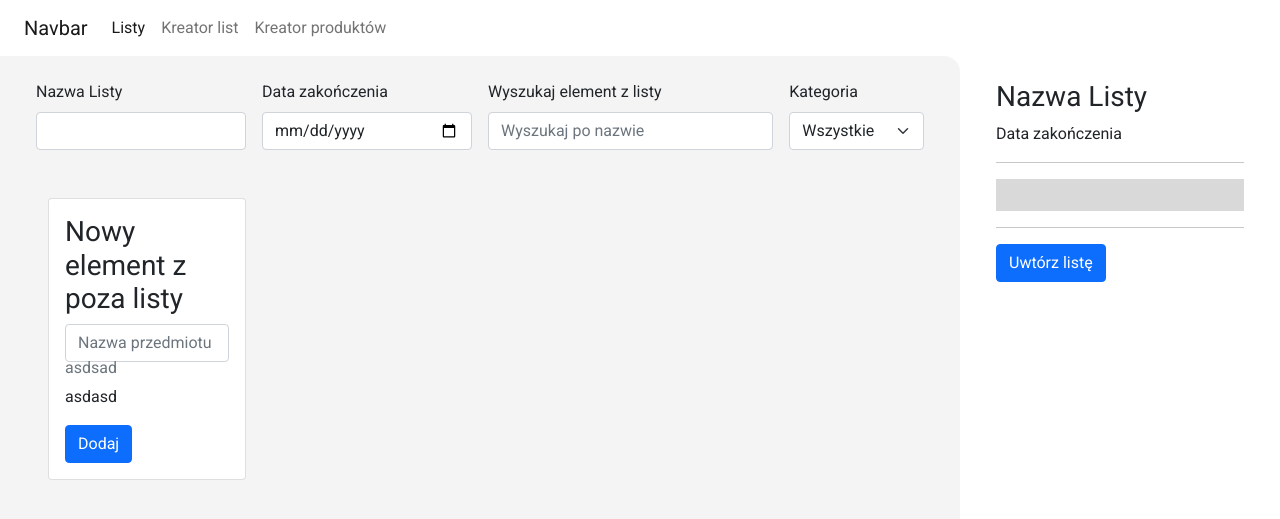
Repository: alphatra/Task-menager
Page: http://localhost/php/src/views/createList.php
These files come from the project's save history. The page is drawn as it stood at one moment and after the next save; the edit follows.
The browser window is 1280 px wide. The pictures show the whole page.
The page is run by PHP 8.4 with error messages shown; the project is at /var/www/html/. Queries for data that is not in the repository find no rows.

Above is the page before, as saved 2023-02-09 21:38:49.

### php/src/views/createList.php
<!DOCTYPE html>
<html lang="en">
<head>
    <meta charset="UTF-8">
    <meta http-equiv="X-UA-Compatible" content="IE=edge">
    <meta name="viewport" content="width=device-width, initial-scale=1.0">
    <title>Document</title>
    <script src="https://ajax.googleapis.com/ajax/libs/jquery/3.6.1/jquery.min.js"></script>
    <link href="https://cdn.jsdelivr.net/npm/bootstrap@5.0.2/dist/css/bootstrap.min.css" rel="stylesheet" integrity="sha384-EVSTQN3/azprG1Anm3QDgpJLIm9Nao0Yz1ztcQTwFspd3yD65VohhpuuCOmLASjC" crossorigin="anonymous">
    <script src="https://cdn.jsdelivr.net/npm/@popperjs/core@2.9.2/dist/umd/popper.min.js" integrity="sha384-IQsoLXl5PILFhosVNubq5LC7Qb9DXgDA9i+tQ8Zj3iwWAwPtgFTxbJ8NT4GN1R8p" crossorigin="anonymous"></script>
    <script src="https://cdn.jsdelivr.net/npm/bootstrap@5.0.2/dist/js/bootstrap.min.js" integrity="sha384-cVKIPhGWiC2Al4u+LWgxfKTRIcfu0JTxR+EQDz/bgldoEyl4H0zUF0QKbrJ0EcQF" crossorigin="anonymous"></script>
    <script>
        const catergories = {
            1: 'Elektronika',
            2: 'Meble',
            3: 'Kosmetyki',
            4: 'Jedzenie',
            5: 'Ubrania',
            6: 'Zabawki',
            7: 'Sport',
            8: 'Książki',
            9: 'Narzędzia',
            10: 'RTV'
        }
        console.log(catergories);
        $(document).ready(function() {
            let _dataItems = [];
            let private_item = $(`<div class="col-xl-3 col-lg-4 col-md-6 col-12 mb-4">
                        <div class="card">
                            <div class="card-body">
                                <h3 class="card-title">Nowy element z poza listy</h3>
                                <input type="text" class="form-control" id="priv_item" placeholder="Nazwa przedmiotu">
                                <h6 class="card-subtitle mb-2 text-muted">asdsad</h6>
                                <p class="card-text">asdasd</p>
                                <input class="btn btn-primary" id="add_tolist" type="button" value="Dodaj">
                            </div>
                        </div>
                    </div>`);
    let loadData = (param,_category) => {
        $.ajax({
            url: '../controller.php',
            dataType: 'json',
            method: 'POST',
            data:{tablename:"products", search: param, category:_category},
            beforeSend: function() {
                $("#loading-image").show();
             },
            success: function(data) {
                console.log(data);
                let content = $('#objects').empty()
                content.append(private_item)
                let dataItems = JSON.parse(JSON.stringify(data))
                _dataItems = data
                dataItems = dataItems.map((item) => {
                    return $(`
                    <div class="col-lg-3 col-md-5 col-sm-5 mb-4">
      <div class="card">
        <div class="card-header img-atas" style="background-image: url('https://picsum.photos/300/100'); background-position: 50% 10%;">
        </div>
        <div class="card-body">
          <div class="row">
            <h5>${item.product_name}</h5>
          </div>
          <div class="row">
            <h6 class="text-secondary">${catergories[item.category_id]}</h6>
          </div>
          <div class="row">
            <div class="d-flex justify-content-between">
              <p class="text-primary">${item.product_description.substring(0, 29)}</p>
              <p class="text-warning">
		<input class="btn btn-primary" id="add_tolist" type="button" value="Dodaj" name="${item.id_product}">
		</p>
            </div>
          </div>
        </div>
      </div>
    </div>
                    `)
                })
                content.append(dataItems)

            },
            error: function (jqXHR, exception){
                console.log(jqXHR, exception);

            }
        })

    }
    let createList_Ajax = (param) =>{
        $.ajax({
            url: '../controller_1.php',
            method: 'POST',
            data:{data: param},
            cache: false,
            success: function(data) {
                console.log(data);
            },
            error: function (xhr, status, error){
                console.log(status);

            }
        })
    }
    let createListItems_Ajax = (param) =>{
        $.ajax({
            url: '../controller_1.php',
            method: 'POST',
            data:{data: param},
            cache: false,
            success: function(data) {
                console.log(data);
            },
            error: function (xhr, status, error){
                console.log(status);

            }
        })
    }

    loadData()

    $("#searchItem, select").on("keyup change", function() {
        let inputVal = $("#searchItem").val();
        let selectVal = $("select").val();
        if (inputVal.length > 0 || selectVal > 0) {
            inputVal = inputVal.length == 0 ? '' : inputVal;
            selectVal = selectVal == 0 ? '' : selectVal;
            loadData(inputVal, selectVal);
        } else {
            loadData();
        }
    });


    let products = {product_id:[],product_title:[],qty:[]};
    let list = {
            list_name: '',
            end_date: '',
            products: [products]
        };

    let add_products = (id, title, quantity) => {
        if (!checkIfExists(id)) {
            products.product_id.push(id);
            products.product_title.push(title);
            products.qty.push(quantity);
        }
    }

    let checkIfExists = (id) => {
        for (let i = 0; i < products.product_id.length; i++) {
            if (products.product_id[i] === id) {
                return true;
            }
        }
        return false;
    }

    let searchedProduct = (_id) =>{
        let found =  _dataItems.find(e => e.id_product == _id)
        return found.product_name
    }

    let generateContent = (_item,_qty) => {
        let content = $('#list_elements')
        content.empty()
        console.log(_qty);
        let listItems = _item.map((item) => { return $(`<h5>${searchedProduct(+item)}</h5><input type="number" id="qty" value="1">`)})
        content.append(listItems)
    }

    let crateList = () => {
        if(list.list_name != '' || list.end_date != '' || products.product_id.length != 0){
            console.log(list);
            createList_Ajax(list)
        }
    }
    $(document).on("click", "#add_tolist", function() {
        //console.log(list);
        //console.log(+this.name);
        //console.log(searchedProduct(+this.name));
        var myModal = new bootstrap.Modal(document.getElementById("exampleModal"))
        if(list.list_name == '' || list.end_date == ''){
            myModal.show()
            $(document).on("click", ".btn-secondary", function() {
                myModal.hide()
            })
            if (list.list_name == '') {
                $("#listName").addClass("is-invalid")
            }else{
                $("#listName").removeClass("is-invalid")
            }
            if (list.end_date == '') {
                $("#endDate").addClass("is-invalid")
            }else{
                $("#endDate").removeClass("is-invalid")
            }
            //console.log("Nie",list)
        }else{
            add_products(this.name, searchedProduct(+this.name), 1);
            generateContent(list.products['product_id'],list.products['qty'])
            $("#listName, #endDate").removeClass("is-invalid")
            //console.log("Tak",list);
        }
    });
    $(document).on("click", "#crateList_button", function() {
        console.log(crateList());
    });
    $("#listName, #endDate").on("keyup change",function(){
        list = {
            list_name: $("#listName").val(),
            end_date: $("#endDate").val(),
            products: products
        }
        $("#list_name").text($("#listName").val());
        $("#end_date").text($("#endDate").val());
    });
})

    </script>
    <link rel="stylesheet" href="../assets/style.css">
</head>
<body>
    <!-- Modal -->
    <div class="modal fade" id="exampleModal" tabindex="-1" role="dialog" aria-labelledby="exampleModalLabel" aria-hidden="true">
        <div class="modal-dialog">
            <div class="modal-content">
                <div class="modal-header">
                    <h5 class="modal-title" id="exampleModalLabel">Uwaga!</h5>
                    <button type="button" class="btn-close" data-dismiss="modal" aria-label="Zamknij"></button>
                </div>
                <div class="modal-body">
                    Nie wypełniłeś wszystkich pól!
                </div>
                <div class="modal-footer">
                    <button type="button" class="btn btn-secondary" data-dismiss="modal">Zamknij</button>
                </div>
            </div>
        </div>
    </div>

    <div class="container-fluid">
        <nav class="navbar navbar-expand-lg navbar-light ">
            <div class="container-fluid">
                <a class="navbar-brand" href="#">Navbar</a>
                <button class="navbar-toggler" type="button" data-bs-toggle="collapse" data-bs-target="#navbarNav" aria-controls="navbarNav" aria-expanded="false" aria-label="Toggle navigation">
                    <span class="navbar-toggler-icon"></span>
                </button>
                <div class="collapse navbar-collapse" id="navbarNav">
                    <ul class="navbar-nav">
                        <li class="nav-item">
                            <a class="nav-link active" href="/">Listy</a>
                        </li>
                        <li class="nav-item">
                            <a class="nav-link" aria-current="page" href="views/createList.php">Kreator list</a>
                        </li>
                        <li class="nav-item">
                            <a class="nav-link" href="views/createProduct.php">Kreator produktów</a>
                        </li>
                    </ul>
                </div>
            </div>
        </nav>
        <div class="row">
            <div class="col-lg-9" style="background-color: #F4F4F4; border-top-right-radius: 1rem">
                <div class="container py-4 px-4">
                <form class="row g-3 needs-validation" novalidate>
                    <div id="listName_" class="col-md-3">
                        <label for="listName" class="form-label">Nazwa Listy</label>
                        <input type="text" class="form-control" id="listName" required>
                        <div class="invalid-feedback">
                            Podaj nazwę listy!
                        </div>
                    </div>
                    <div id="endDate_" class="col-md-3">
                        <label for="endDate" class="form-label">Data zakończenia</label>
                        <input type="date" class="form-control" id="endDate" required>
                        <div class="invalid-feedback">
                            Podaj nazwę listy!
                        </div>
                    </div>
                    <div id="searchItem_" class="col-md-4">
                        <label for="searchItem" class="form-label">Wyszukaj element z listy</label>
                        <input type="search" class="form-control" id="searchItem" aria-label="Search" placeholder="Wyszukaj po nazwie">
                    </div>
                    <div class="col-md-2">
                        <label for="inputState" class="form-label">Kategoria</label>
                        <select id="inputState" class="form-select">
                            <option selected value="0">Wszystkie</option>
                            <option value="1">Elektronika</option>
                            <option value="2">Meble</option>
                            <option value="3">Kosmetyki</option>
                            <option value="4">Jedzenie</option>
                            <option value="5">Ubrania</option>
                            <option value="6">Zabawki</option>
                            <option value="7">Sport</option>
                            <option value="8">Ksiązki</option>
                            <option value="9">Narzędzia</option>
                            <option value="10">RTV</option>
                        </select>
                    </div>
                </form>
                <div id="objects" class="row m-0 mt-5"></div>
                </div>
            </div>
            <div class="col-lg-3">
                <div class="container pt-4">
                <h3 id="list_name">Nazwa Listy</h3>
                <span id="end_date">Data zakończenia</span>
                <hr class="hr1" />
                <div id="list_elements" class="px-3 py-3" style="background-color:#D9D9D9"></div>
                <hr class="hr1" />
                <button type="submit" id="crateList_button" class="btn btn-primary">Uwtórz listę</button>
                </div>
            </div>
        </div>
    </div>
</body>
</html>

### php/src/controller.php
<?php
session_start();
require_once('./model/CRUD.php');


$db = new db();
$_tablename = $_POST['tablename'];
if(isset($_POST['search'])){
    $search = $_POST['search'];
    $result = $db->searchData($_tablename,$search,'');
    if(isset($_POST['category'])){
        $_category = $_POST['category'];
        $result = $db->searchData($_tablename,$search,$_category);
    }
    echo $result;
}else{
    echo $db->getData($_tablename);
}
?>

### php/src/model/CRUD.php
<?php
class db{
    private $conn;
    public $servername;
    public $username;
    public $password;
    public $database;
    public $tablename;

    public function __construct($host="db", $database="mydb",
                                $username="root", $password="root"){
        $this->host = $host;
        $this->database = $database;
        $this->username = $username;
        $this->password = $password;

        try {
            // Tworzenie połączenia
            $this->conn = new mysqli($host, $username, $password, $database);
        } catch (Exception $e) {
            // Sprawdzanie połączenia
            die("Connection failed: " . mysqli_connect_error());

        }

        return $this->conn;
    }

    // Wyświetlanie list z bazy danych
    public function getData($tablename){
        $this->tablename = $tablename;
        $query = "SELECT * FROM $this->tablename";
        $result = mysqli_query($this->conn, $query);
        $result = mysqli_fetch_all($result, MYSQLI_ASSOC);

        return json_encode($result);
    }

    // Wyświetlanie list z bazy danych wraz z wyszukiwaniem
    public function searchData($tablename, $search, $category){
        $this->tablename = $tablename;
        $this->search = $search;
        $this->category = $category;
        if($tablename == 'products'){
            $query = "SELECT * FROM $this->tablename WHERE product_name LIKE '$this->search%'";
            if($category != ''){
                $query .= " AND category_id = $this->category";
            }
        }else{
            $query = "SELECT * FROM $this->tablename WHERE name LIKE '$this->search%'";
            if($category != ''){
                $query .= " AND category_id = $this->category";
            }
        }
        $result = mysqli_query($this->conn, $query);
        $result = mysqli_fetch_all($result, MYSQLI_ASSOC);

        return json_encode($result);
    }
    /*
    public function searchData($tablename="", $search=""){
        $this->tablename = "list";
        $this->search = "{$search}%";
        $query = "SELECT * FROM $this->tablename WHERE name LIKE ?";
        $stmt = $this->conn->prepare($query);
        $stmt->bind_param("s",$search);
        $stmt->execute();
        $result = $stmt->get_result();

        return json_encode($result->fetch_all(MYSQLI_ASSOC));
    }
    */

    // Dodawanie produktów do bazy danych
    public function createProduct($Param){
        $product_name = $Param[0];
        $product_description = $Param[1];
        $product_image = $Param[2];
        $category_id = $Param[3];
        $query = "INSERT INTO products (product_name, product_description, product_image, category_id)
                    VALUES ('{$product_name}', '{$product_description}', '{$product_image}', '{$category_id}')";

        mysqli_query($this->conn, $query);
    }

    public function fetchData($Data){
        $this->Data = $Data;
        $decoded_json = json_decode($Data, true);
        $product_name = $decoded_json['product_name'];
        $product_description = $decoded_json['product_description'];
        $product_image = $decoded_json['product_image'];
        $category_id = $decoded_json['category_id'];
        return [$product_name, $product_description, $product_image, $category_id];
    }

    public function getMaxId($tablename){
        $this->tablename = $tablename;
        $query = "SELECT MAX( id ) AS `Max_Id` FROM $this->tablename";
        $result = mysqli_query($this->conn, $query);
        $result = mysqli_fetch_all($result, MYSQLI_ASSOC);
        $result = $result[0]['Max_Id'];

        return $result + 1;
    }

    public function getIdList($list_name){
        $this->list_name = $list_name;
        $query = "SELECT id FROM list WHERE name = '$this->list_name'";
        $result = mysqli_query($this->conn, $query);
        $result = mysqli_fetch_all($result, MYSQLI_ASSOC);
        $result = $result[0]['id'];

        return $result;
    }

    public function createList($list_name, $end_date){
        $id = $this->getMaxId('list');
        $this->list_name = $list_name;
        $created_date = date("Y-m-d h:i:s");
        $this->end_date = $end_date;
        $query = "INSERT INTO list (id, name, created_date, end_date) VALUES ('{$id}','{$list_name}','{$created_date}','{$end_date}')";
        mysqli_query($this->conn, $query);
        return $query;
    }

    public function createListItems($qty,$list_name,$id_product){
        $id = $this->getMaxId('list_items');
        $this->qty = $qty;
        $this->list_name = $list_name;
        $list_name = $this->getIdList($list_name);
        $this->id_product = $id_product;

        $query = "INSERT INTO list_items (id, quantity, list_id, id_product) VALUES ('{$id}', '{$this->qty}', '{$list_name}', '{$this->id_product}')";
        mysqli_query($this->conn, $query);
        return $query;
    }
}
?>

### php/src/assets/style.css
@import url('https://fonts.googleapis.com/css2?family=Roboto:ital,wght@0,300;0,400;1,500&display=swap');

body {
    font-family: 'Roboto', sans-serif;
    font-size: 16px;
    line-height: 1.5;
    background-color: white;
    margin: 0;
    padding: 0;
}
.black-border {
    border: 1px solid black;
    padding: 1rem;
}
.img-atas {
    width: auto;
    height: 100px;
    background-repeat: no-repeat;
    background-position: center;
    background-size: cover;
  }

hr {
    margin: 1rem 0;
    color: inherit;
    background-color: currentColor;
    border: 0;
    opacity: 0.25;
  }

After the next save:
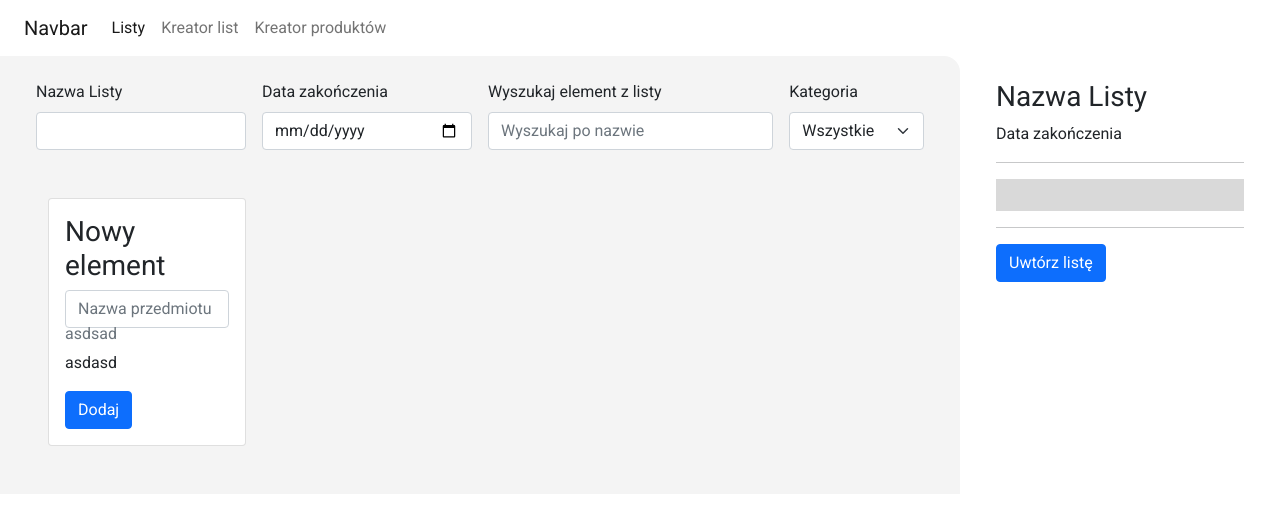
Saved 10 s later.
--- a/php/src/views/createList.php
+++ b/php/src/views/createList.php
@@ -28,7 +28,7 @@
             let private_item = $(`<div class="col-xl-3 col-lg-4 col-md-6 col-12 mb-4">
                         <div class="card">
                             <div class="card-body">
-                                <h3 class="card-title">Nowy element z poza listy</h3>
+                                <h3 class="card-title">Nowy element</h3>
                                 <input type="text" class="form-control" id="priv_item" placeholder="Nazwa przedmiotu">
                                 <h6 class="card-subtitle mb-2 text-muted">asdsad</h6>
                                 <p class="card-text">asdasd</p>
